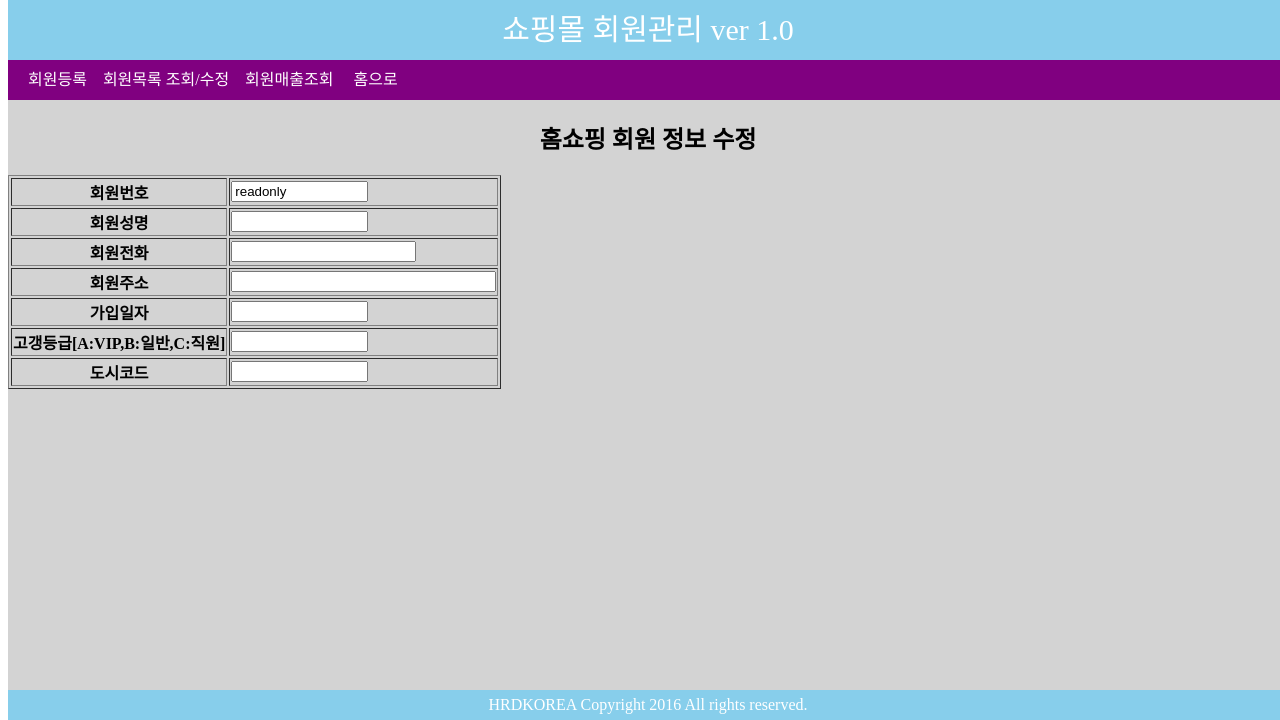
Repository: haileylee94/mini-project
Page: http://localhost/hrd/modify.jsp
These files come from the project's save history. The page is drawn as it stood at one moment and after the next save; the edit follows.
The browser window is 1280 px wide. The pictures show the whole page.
The page is served by Tomcat 9. Queries for data that is not in the repository find no rows.

Above is the page before, as saved 2022-11-18 09:06:30.

After the next save:
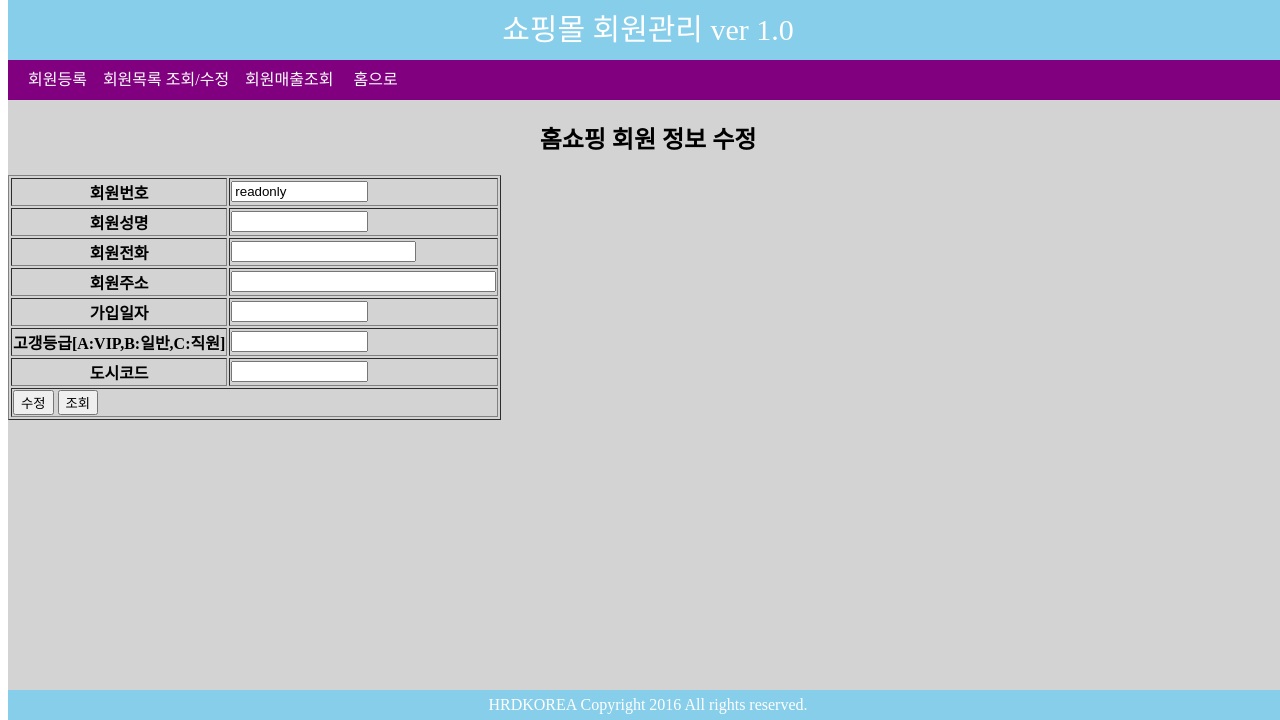
Saved 78 s later.
--- a/hrd/WebContent/modify.jsp
+++ b/hrd/WebContent/modify.jsp
@@ -58,6 +58,12 @@
 			<th>도시코드</th>
 			<td><input name="city" size=14 value=<%=custno %>></td>
 		</tr>
+		<tr>
+			<td colspan="2">
+				<input type="submit" value="수정">
+				<input type="button" value="조회" onclick="return search()">
+			</td>
+		</tr>
 	</table>
 	</form>
 </section>
